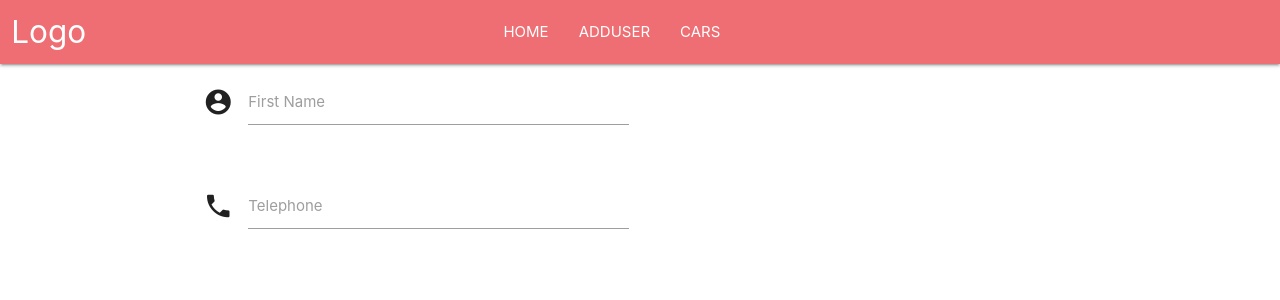
Repository: JenyaIII-sudo/Cars
Page: /Add
These files come from the project's save history. The page is drawn as it stood at one moment and after the next save; the edit follows.
The browser window is 1280 px wide. The pictures show the whole page.
The project was rebuilt for these pictures with package versions that can differ from the ones it lists, and the page was loaded fresh each time. Also part of the build but not shown: src/App.css, src/Components/Home.js. Imported but missing from the stored project, and not drawn on this page: src/Components/Cars.

Above is the page before, as saved 2019-11-24 15:42:02.

After the next save:
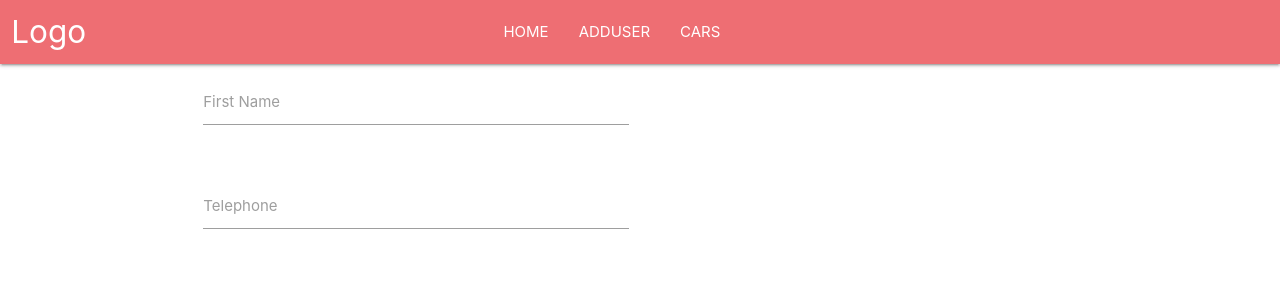
Saved 34 s later.
--- a/src/Components/AddUser.js
+++ b/src/Components/AddUser.js
@@ -6,14 +6,12 @@ const AddUser = () => {
       <form className="col s6">
         <div className="row">
           <div className="input-field col s12">
-            <i className="material-icons prefix">account_circle</i>
             <input id="icon_prefix" type="text" className="validate" />
             <label for="icon_prefix">First Name</label>
           </div>
         </div>
         <div className="row">
           <div className="input-field col s12">
-            <i className="material-icons prefix">phone</i>
             <input id="icon_telephone" type="tel" className="validate" />
             <label for="icon_telephone">Telephone</label>
           </div>
